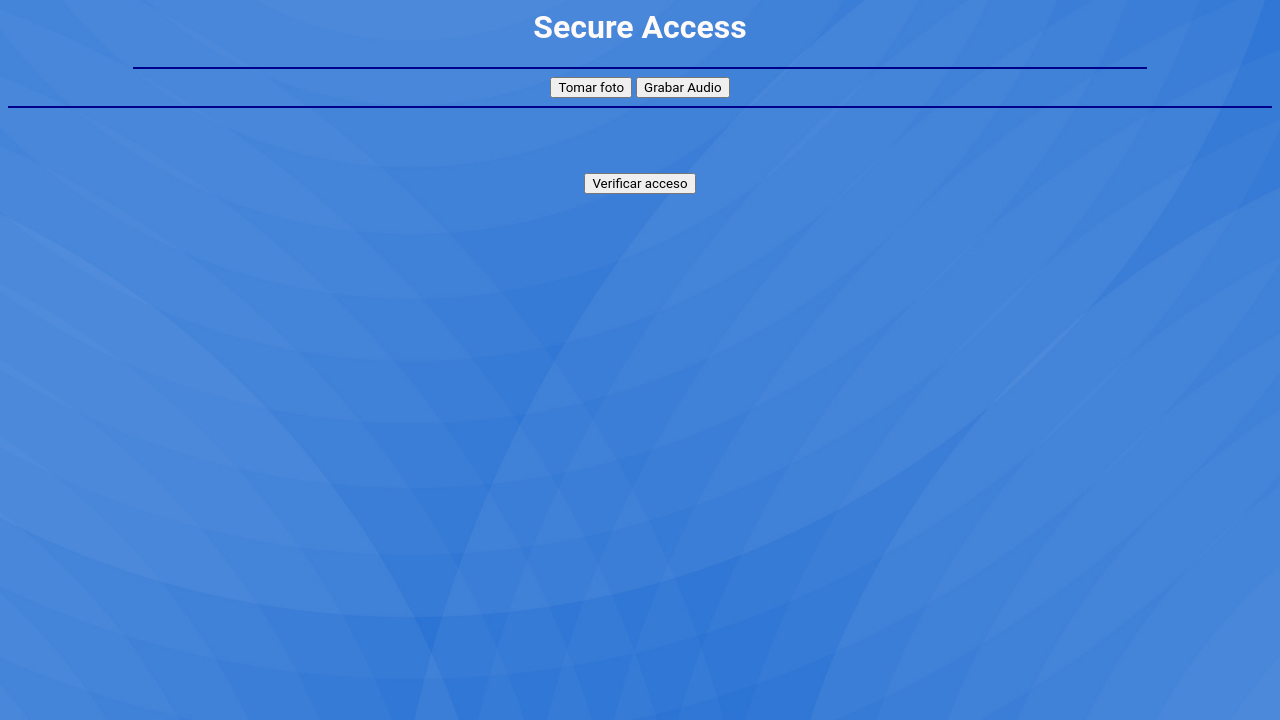
Repository: dabarreiroh/SECURE-ACCESS
Page: accessecure/templates/home/index.html
The author's editor kept a copy of each file at every save. The page is drawn from the files as they stood at one save, then again after the next save.
The browser window is 1280 px wide. The pictures show the whole page.

Above is the page before, as saved 2020-03-16 23:07:40.

After the next save:
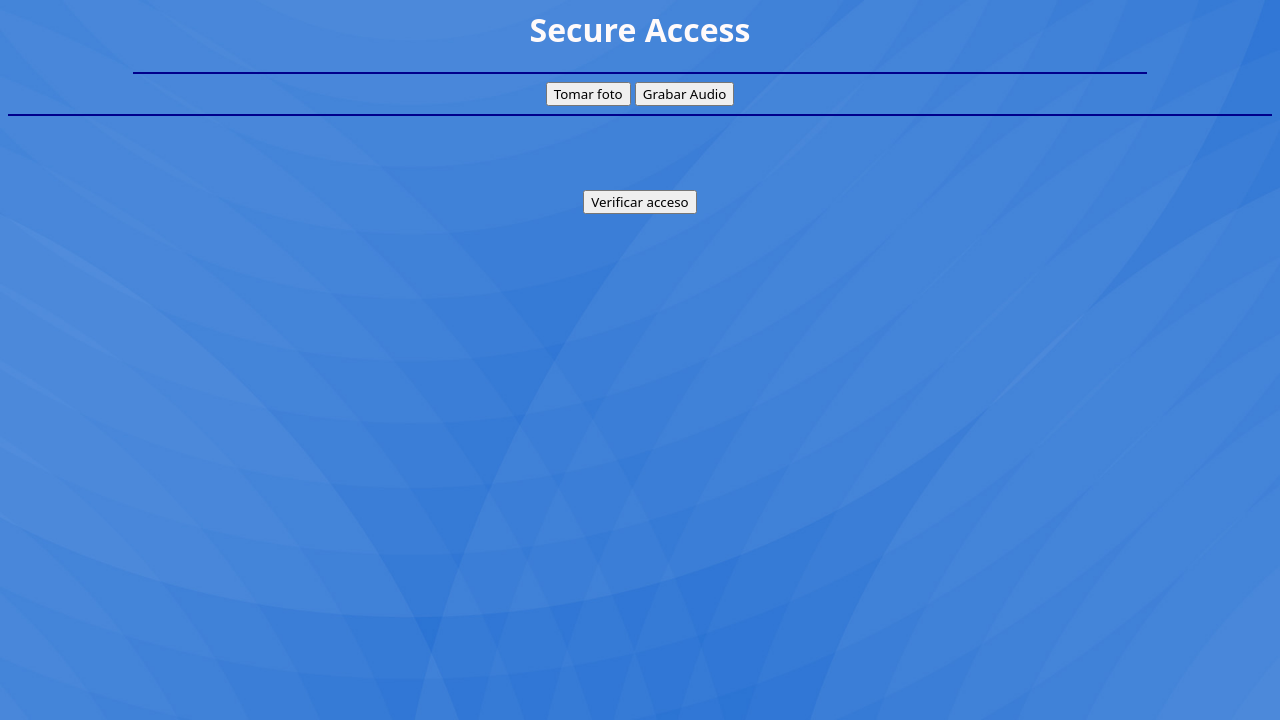
Saved 17 s later.
--- a/accessecure/static/admin/css/index/index.css
+++ b/accessecure/static/admin/css/index/index.css
@@ -1,6 +1,6 @@
 *{
     text-align: center;
-    font-family: 'Roboto', sans-serif;
+    font-family: 'Noto Sans', sans-serif;
 }
 
 body{
